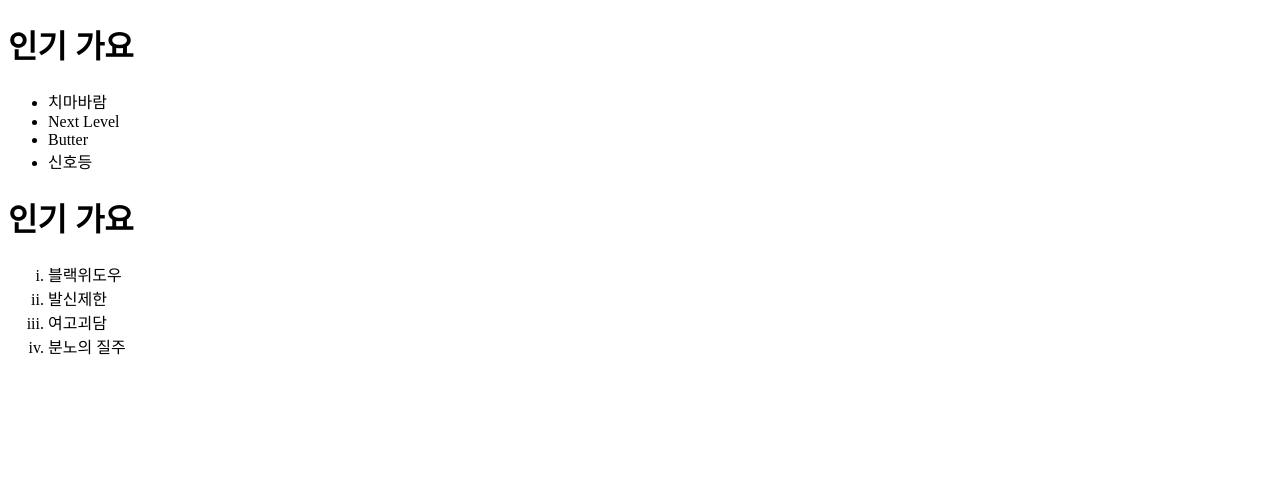
Repository: ghkdtpehd/java_html
Page: 01_HTML/src/main/webapp/EX02_목록.html
The author's editor kept a copy of each file at every save. The page is drawn from the files as they stood at one save, then again after the next save.
The browser window is 1280 px wide. The pictures show the whole page.

Above is the page before, as saved 2021-06-28 01:13:30.

After the next save:
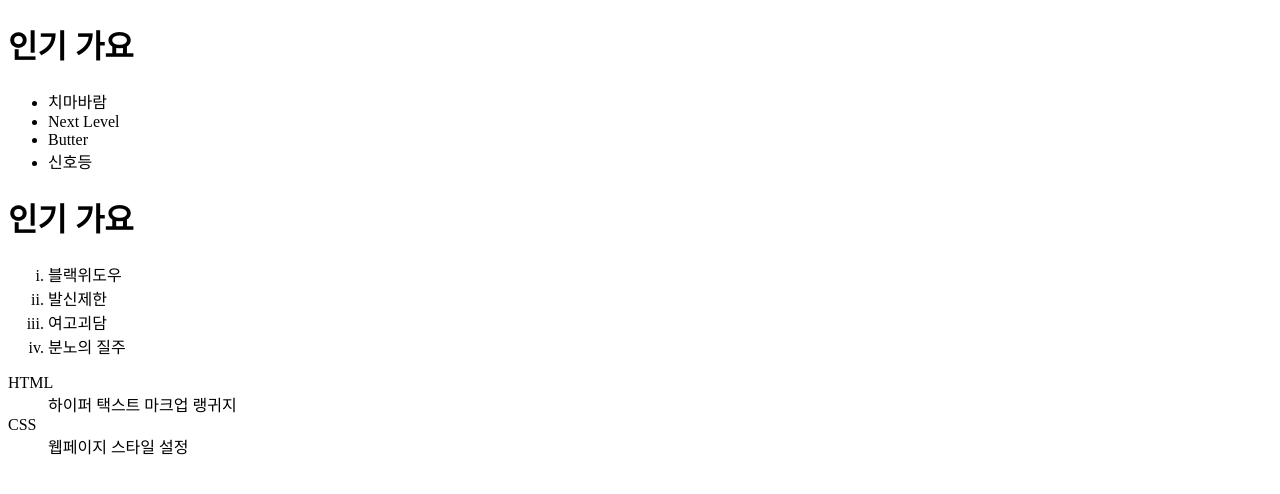
Saved 3 min 17 s later.
--- a/01_HTML/src/main/webapp/EX02_목록.html
+++ b/01_HTML/src/main/webapp/EX02_목록.html
@@ -22,8 +22,10 @@
 	</ol>
 
 	<dl>
-		<dt></dt>
-		<dd></dd>
+		<dt>HTML</dt>
+		<dd>하이퍼 택스트 마크업 랭귀지</dd>
+		<dt>CSS</dt>
+		<dd>웹페이지 스타일 설정</dd>
 	</dl>
 </body>
 </html>
